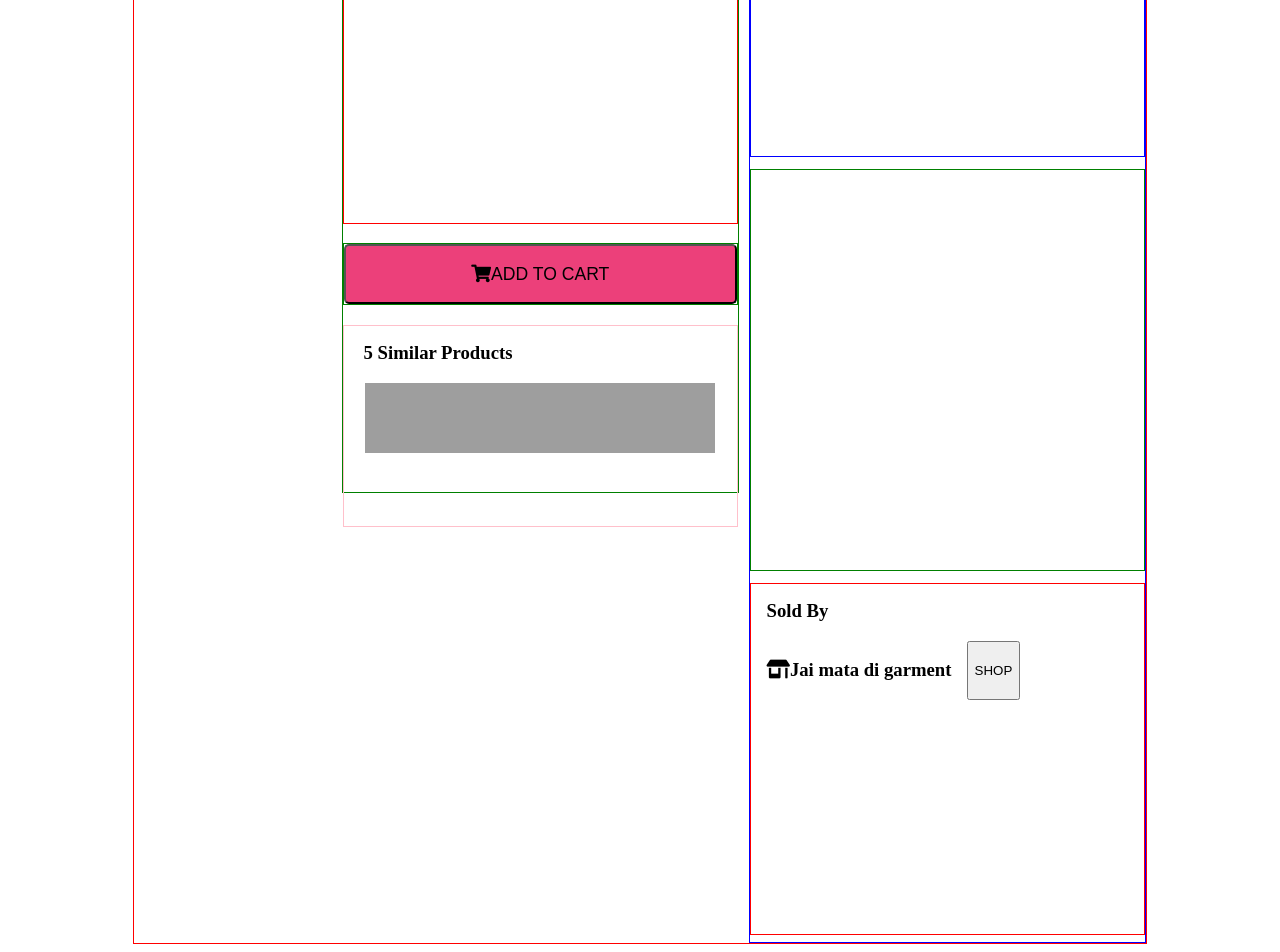
Repository: deepakxxxx/meesho
Page: catelog.html
These files come from the project's save history. The page is drawn as it stood at one moment and after the next save; the edit follows.
The browser window is 1280 px wide. The pictures show the part of the page from y = 419 to 1371 px (the page is 1371 px tall).
Pictures or frames that could not be fetched are drawn as grey boxes. A picture or video elsewhere on the page could not be fetched, so the positions and the page height are approximate.

Above is the page before, as saved 2021-11-06 17:43:50.

### catelog.html
<!DOCTYPE html>
<html lang="en">
<head>
    <meta charset="UTF-8">
    <meta http-equiv="X-UA-Compatible" content="IE=edge">
    <meta name="viewport" content="width=device-width, initial-scale=1.0">
    <link rel="stylesheet" href="https://use.fontawesome.com/releases/v5.15.4/css/all.css" integrity="sha384-DyZ88mC6Up2uqS4h/KRgHuoeGwBcD4Ng9SiP4dIRy0EXTlnuz47vAwmeGwVChigm" crossorigin="anonymous">
    <title>Document</title>
</head>
<style>
      #main{
        width: 100%;
        height: 136px;
        border: 1px solid white;
        margin: auto;
        /* position: fixed; */
    }
    #top{
        width: 100%;
        height: 70px;
        /* border: 1px solid red; */
        display: flex;

    }
    #left{
        display: flex;
        width: 55%;
    }
    #meesho{
      text-decoration: none;
      font-size: 50px;
      color: #F06292;
      font-weight: bold;
      margin-left: 25%;
      margin-top: 1%;
      /* margin-right: 0px; */
    }
    #search{
        /* margin-left: 30%; */
        height: 60px;
        width: 400px;
        border-radius: 6px;
        margin-top: 1%;
        /* margin-left: 0px; */
        border: 1px solid #BDBDBD;
        font-size: 90%;
        /* margin-right: 60%; */
    }
    #right{
        display: flex;
        list-style-type: none;
        column-gap: 30px;

    }
    #rightmain{
        width: 45%;
        margin-right: 6%;
        /* margin-top: 9px; */
    }
    #app{
        text-decoration: none;
        margin-left: 10px;
        margin-top: 9px;
        font-size: 103%;
        color: black;
    }
    #supp{
        text-decoration: none;
        margin-top: 9px;
        font-size: 103%;
        color: black;
    }
    #profile{
        text-decoration: none;
        font-size: 103%;
        color: black;
    }
    #cart{
        text-decoration: none;
        font-size: 103%;
        color: black;
    }
    #app:hover{
        color: #EC407A;
        text-decoration: underline;
    }
    #profile:hover{
        color: #EC407A;
        text-decoration: underline;
    }
    .line1{
        height: 30px;
    }
    .line2{
        color: #BDBDBD;
    }
    #heading
    {
        width: 73%;
        margin:  5% auto auto auto ;
        display: grid;
        grid-template-columns: 23% 54% 23%;
        padding: 1%;
        position: sticky;
    }
    #topic{
        margin-top:-15px;
        text-align: center;
    }
    #collection{
        display: flex;
        margin-left: 2%;
        list-style-type: none;
        font-size: 105%;
        column-gap: 63px;

    }
    ul > a{
        text-decoration: none;
        color: black;
    }
    ul > a :hover{
        color: #EC407A;
        /* text-decoration: underline; */
    }
    #container{
        width: 80%;
        border: 1px solid red;
        margin: auto;
        display: flex;
        margin-top: 1%;
        column-gap: 1%;
    }
    #smallImg{
        width: 20%;
        /* border: 1px solid blue; */
        height: 300px;
    }
    #bigImg{
        width: 40%;
        border: 1px solid green;
        height: 750px;
    }
    #descr{
        width: 40%;
        border: 1px solid blue;
        height: 1200px;
    }
    .product_sneek_peek{
        width: 70px;
        height: 70px;
        border: 1px solid red;
        margin-left: 69%;
        border-radius: 5px;
    }
    #imgDi{
        width: 99.5%;
        height: 480px;
        border: 1px solid red;
    }
    #addto{
        width: 99.5%;
        height: 60px;
        border: 1px solid green;
        margin-top: 5%;
    }
    #addto > button{
        width: 100%;
        height: 100%;
        background-color: #EC407A;
        font-size: 110%;
        border-radius: 5px;
    }
    #similar{
        width: 99.5%;
        height: 200px;
        border: 1px solid pink;
        margin-top: 5%;
    }
    #deta{
        width: 99.5%;
        height: 200px;
        border: 1px solid red;
    }
    #sizes{
        width: 99.5%;
        height: 200px;
        border: 1px solid blue;
        margin-top: 3%;
    }
    #infor{
        width: 99.5%;
        height: 400px;
        border: 1px solid green;
        margin-top: 3%;
    }
    #deler{
        width: 99.5%;
        height: 350px;
        border: 1px solid red;
        margin-top: 3%;
    }
    #similar > h3{
        margin-left: 5%;
        margin-top: 4%;
    }
    #simimg{
        display: flex;
        justify-content: center;
    }
    #simimg > img{
        width: 70px;
        height: 70px;
    }
    #deler > h3{
        margin-top: 4%;
        margin-left: 4%;
    }
    #sho{
        display: flex;
        margin-left: 4%;
        column-gap: 4%;
    }
</style>
<body>
    <div id="main">

        <div id="top">
            <div id="left">
             <span><a href="" id="meesho"><img src="https://cdn.hevodata.com/customer/logo/8c76f62bd88177a78bb6e2810a244446.png" alt="" rel = "icon" width="40%"></span></a>
             <span><input type="search" id="search" placeholder="Try Saree,Kurti or Search by Product Code"> </span>
            </div>
            <div id="rightmain">
                <ul id="right">
                    <div id="app">
                      <li><a href="" id="app"><i class="fas fa-mobile-alt"></i></a><a href="" id="app">Download App</a></li>

                    </div>
                    <hr class="line1">
                    <div id="supp">
                      <li><a href="" id="supp">Become a Supplier</a></li>

                    </div>
                    <hr class="line1">
                    <div>
                       <a href="" id="profile"><i class="far fa-user"></i></a>
                      <li><a href="" id="profile">Profile</a></li>
                    </div>

                    <hr class="line1">
                    <div>
                      <a href="" id="cart"><i class="fas fa-shopping-cart"></i></a>
                      <li><a href="" id="cart">Cart</a></li></li>
                    </div>

                </ul>
            </div>
        </div>

        <hr class="line2">
        <div id="secondLine">
        <ul id="collection">
            <a href="" class="same"><li>Women Ethnic</li></a>

            <a href="" class="same"><li>Women Western</li></a>

            <a href="" class="same"><li>Jewellery & Accessories</li></a>
            <a href="" class="same"><li>Men</li></a>
            <a href="" class="same"><li>Beauty & Health</li></a>
            <a href="" class="same"><li>Bags & Footwear</li></a>
            <a href="" class="same"><li>Home & Kitchen</li></a>
            <a href="" class="same"><li>Kids</li></a>
            <a href="" class="same"><li>Electronics</li></a>
        </ul>
      </div>
      <hr class="line2">
    </div>

    <div id="container">
        <div id="smallImg">
            <div class="product_sneek_peek">

            </div>
        </div>
        <div id="bigImg">
            <div id="imgDi">

            </div>
            <div id="addto">
                <button><i class="fas fa-shopping-cart"></i>ADD TO CART</button>
            </div>
            <div id="similar">
            <h3>5 Similar Products</h3>
            <div id="simimg">
                <img src="https://images.meesho.com/images/products/59272960/fddtp_512.jpg"/>
                <img src="https://images.meesho.com/images/products/59272964/a4l8y_512.jpg"/>
                <img src="https://images.meesho.com/images/products/59272962/azz7k_512.jpg"/>
                <img src="https://images.meesho.com/images/products/59272963/a5qjv_512.jpg"/>
                <img src="https://images.meesho.com/images/products/59272961/mx9tt_512.jpg"/>
            </div>
            </div>
        </div>
        <div id="descr">
            <div id="deta"></div>
            <div id="sizes"></div>
            <div id="infor"></div>
            <div id="deler">
                <h3>Sold By</h3>
                <div id="sho">
                    <h3><i class="fas fa-store-alt"></i>Jai mata di garment</h3>
                    <button>SHOP</button>
                </div>

            </div>
        </div>
    </div>
</body>
</html>

After the next save:
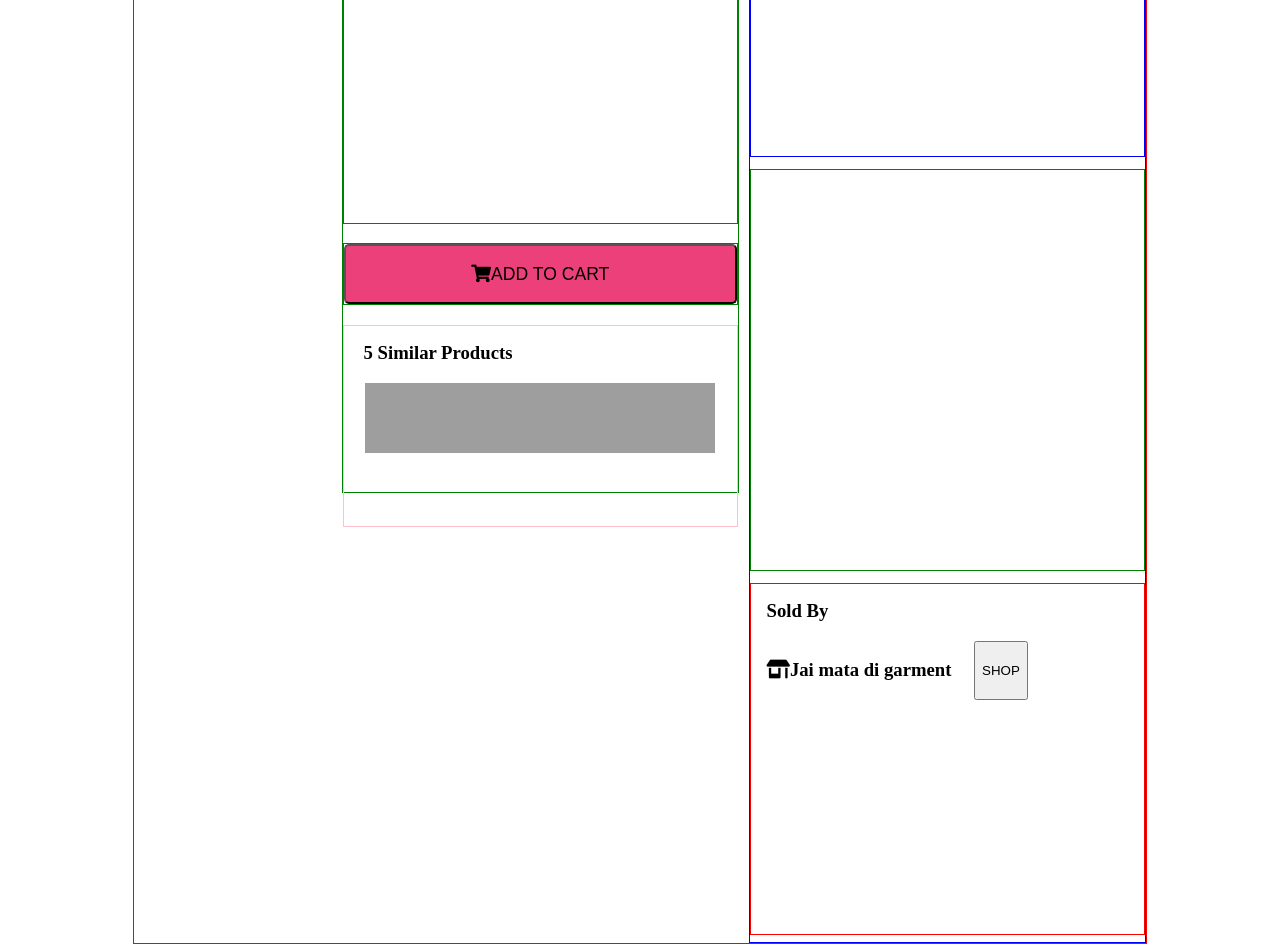
Saved 6 s later.
--- a/catelog.html
+++ b/catelog.html
@@ -219,7 +219,7 @@
     #sho{
         display: flex;
         margin-left: 4%;
-        column-gap: 4%;
+        column-gap: 6%;
     }
 </style>
 <body>
